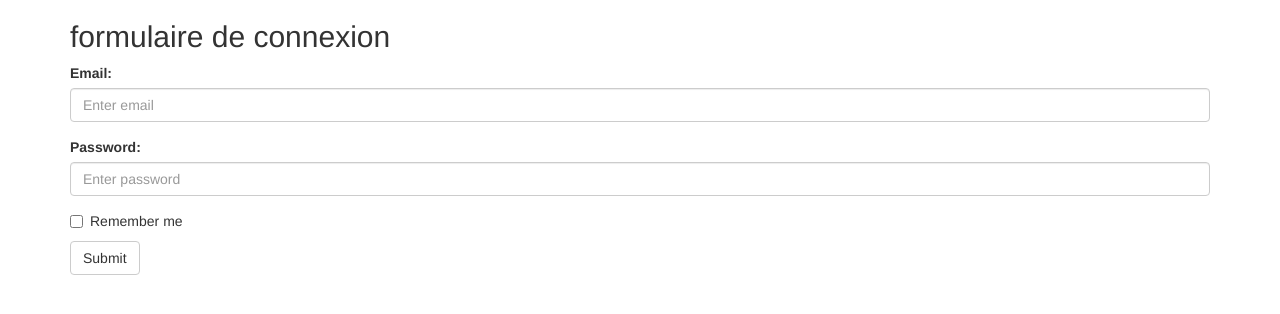
Repository: lemzoo/formation_Java8
Page: EspaceMembre/srcHTML/formulaireConnexion.html
These files come from the project's save history. The page is drawn as it stood at one moment and after the next save; the edit follows.
The browser window is 1280 px wide. The pictures show the whole page.

Above is the page before, as saved 2016-06-10 11:09:30.

### EspaceMembre/srcHTML/formulaireConnexion.html
<!DOCTYPE html>
<html lang="en">
<head>
  <title>Bootstrap Example</title>
  <meta charset="utf-8">
  <meta name="viewport" content="width=device-width, initial-scale=1">
  <link rel="stylesheet" href="http://maxcdn.bootstrapcdn.com/bootstrap/3.3.6/css/bootstrap.min.css">
  <script src="https://ajax.googleapis.com/ajax/libs/jquery/1.12.2/jquery.min.js"></script>
  <script src="http://maxcdn.bootstrapcdn.com/bootstrap/3.3.6/js/bootstrap.min.js"></script>
</head>
<body>

<div class="container">
  <h2>formulaire de connexion</h2>
  <form role="form">
    <div class="form-group">
      <label for="email">Email:</label>
      <input type="email" class="form-control" id="email" placeholder="Enter email">
    </div>
    <div class="form-group">
      <label for="pwd">Password:</label>
      <input type="password" class="form-control" id="pwd" placeholder="Enter password">
    </div>
    <div class="checkbox">
      <label><input type="checkbox"> Remember me</label>
    </div>
    <button type="submit" class="btn btn-default">Submit</button>
  </form>
</div>

</body>
</html>

After the next save:
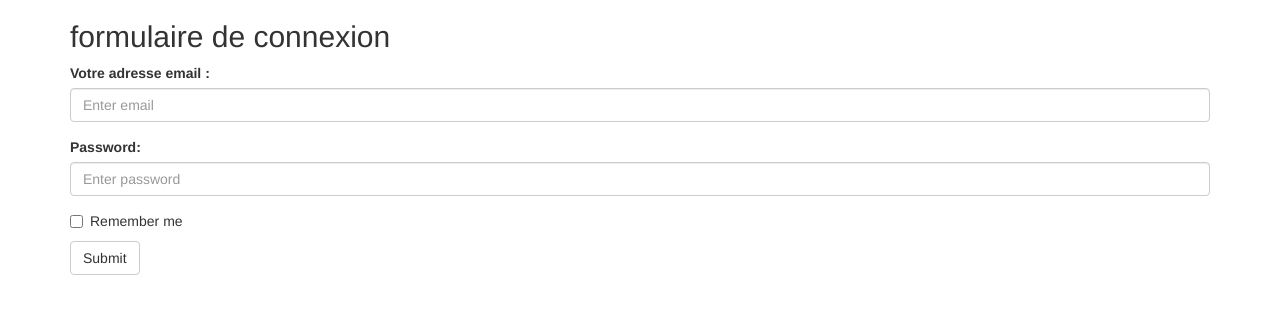
Saved 21 s later.
--- a/EspaceMembre/srcHTML/formulaireConnexion.html
+++ b/EspaceMembre/srcHTML/formulaireConnexion.html
@@ -14,7 +14,7 @@
   <h2>formulaire de connexion</h2>
   <form role="form">
     <div class="form-group">
-      <label for="email">Email:</label>
+      <label for="email">Votre adresse email :</label>
       <input type="email" class="form-control" id="email" placeholder="Enter email">
     </div>
     <div class="form-group">
